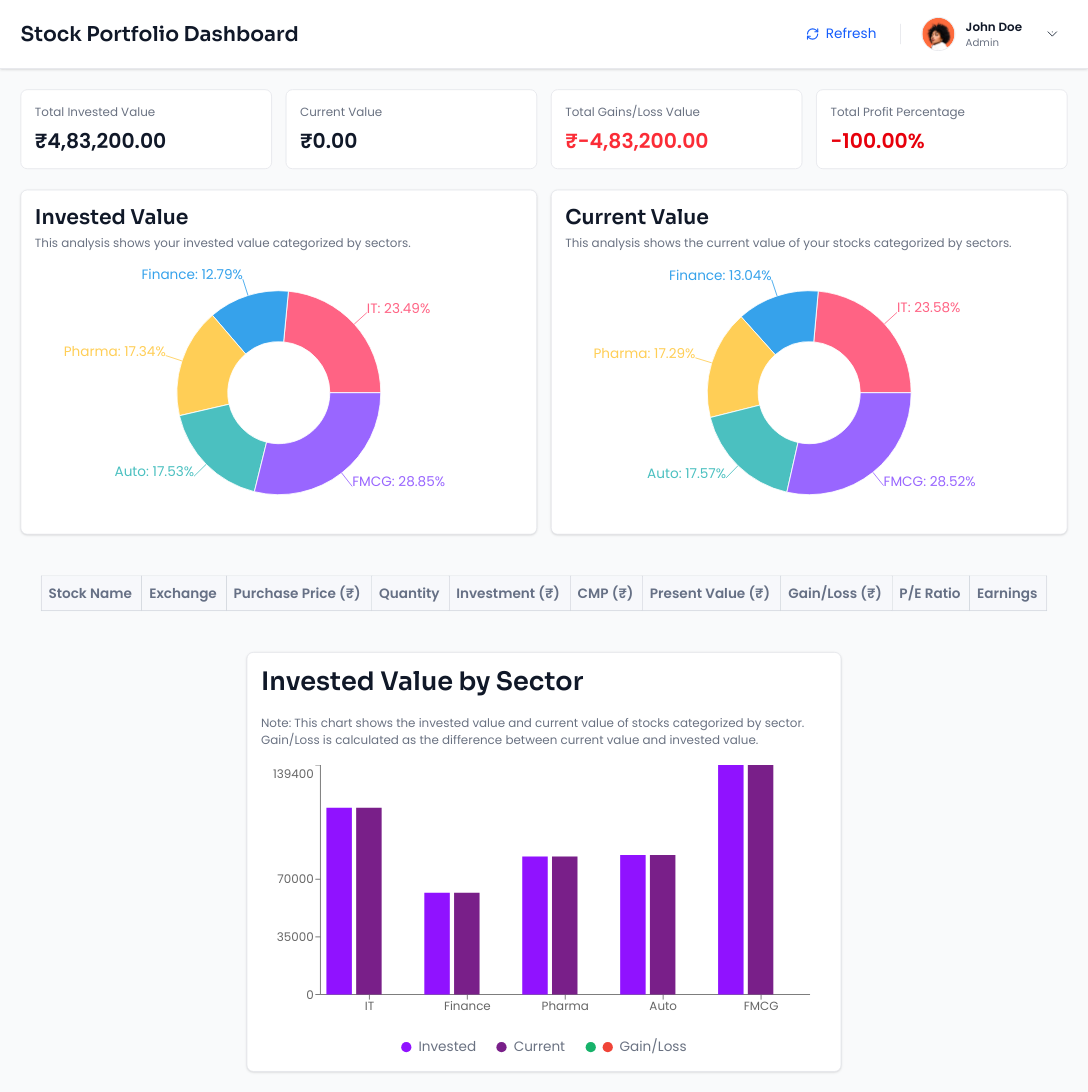
Repository: jabir12-12/my-app
Page: /
An editor plug-in stored every save of this project. The page is shown before and after the next save, followed by the edit.
The browser window is 1280 px wide. The pictures show the whole page, at 85% of full size.
The page's requests for data from a server got no answer. The project was rebuilt for these pictures with package versions that can differ from the ones it lists, and the page was loaded fresh each time. The framework's server and built-in components were replaced by stand-ins that run in the browser. No one was signed in, and anything a server would have sent is missing. Also part of the build but not shown: next.config.ts.

Above is the page before, as saved 2025-05-18 04:15:04.

After the next save:
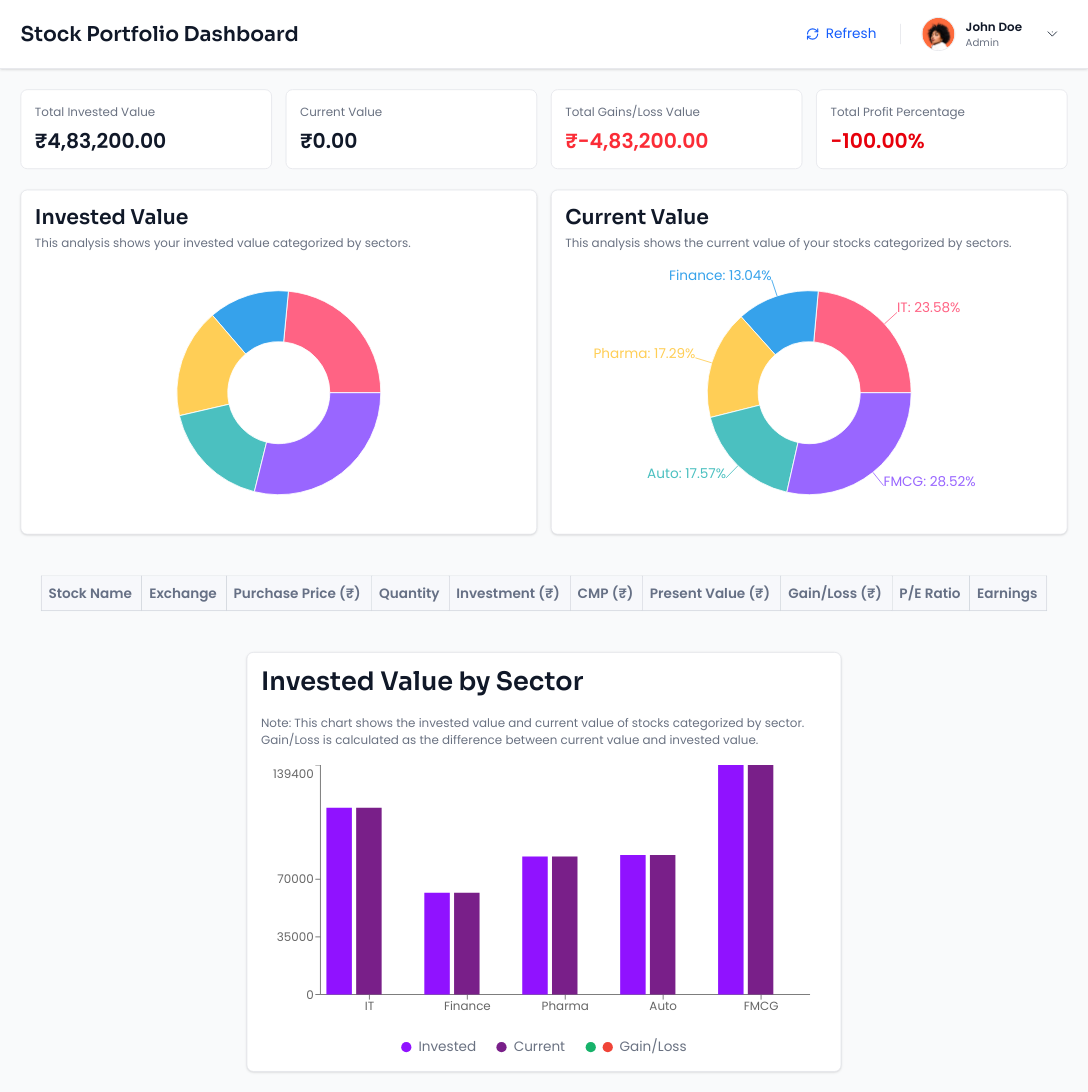
Saved 49 s later.
--- a/components/piechart.tsx
+++ b/components/piechart.tsx
@@ -151,7 +151,6 @@ export default function PieChartComponent() {
                             outerRadius={120}
                             stroke="#fff"
                             fill="#8884d8"
-                            label={({ category, investedPercent }) => `${category}: ${investedPercent}%`}
                         >
 
                         </Pie>
